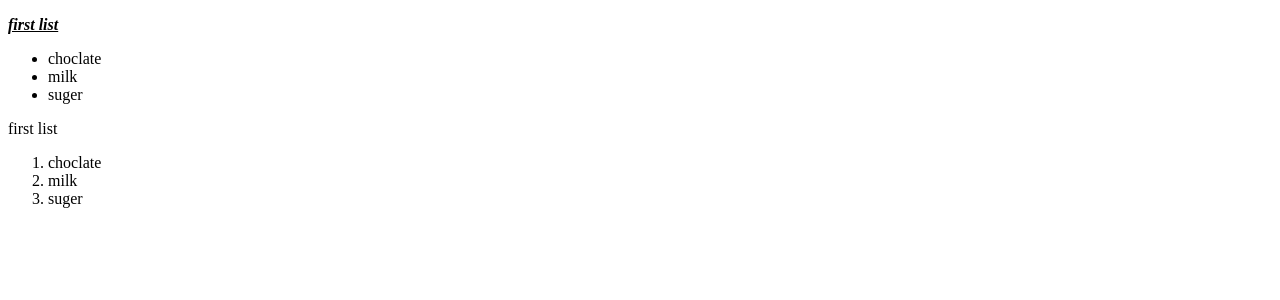
Repository: AlonHarpaz/FullStack_Bootcamp_May_2021
Page: html/week 1/2.2 - Lists/index.html
The author's editor kept a copy of each file at every save. The page is drawn from the files as they stood at one save, then again after the next save.
The browser window is 1280 px wide. The pictures show the whole page.

Above is the page before, as saved 2021-05-10 19:20:05.

### html/week 1/2.2 - Lists/index.html
<!DOCTYPE html>
<html lang="en">
<head>
 <meta charset="UTF-8">
 <meta http-equiv="X-UA-Compatible" content="IE=edge">
 <meta name="viewport" content="width=device-width, initial-scale=1.0">
 <title>Document</title>
</head>
<body>

 <p><u><b><i>first list</i></b></u></p>
<ul>
 <li>choclate</li>
 <li>milk</li>
 <li>suger</li>
</ul>

<p>first list</p>
<ol>
 <li>choclate</li>
 <li>milk</li>
 <li>suger</li>
</ol>

</body>
</html>

After the next save:
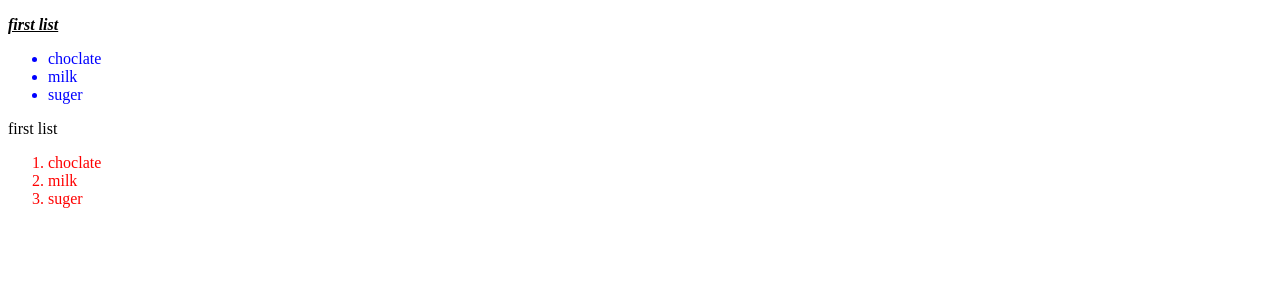
Saved 84 s later.
--- a/html/week 1/2.2 - Lists/index.html
+++ b/html/week 1/2.2 - Lists/index.html
@@ -9,14 +9,14 @@
 <body>
 
  <p><u><b><i>first list</i></b></u></p>
-<ul>
+<ul style="color: blue;">
  <li>choclate</li>
  <li>milk</li>
  <li>suger</li>
 </ul>
 
 <p>first list</p>
-<ol>
+<ol style="color: red;">
  <li>choclate</li>
  <li>milk</li>
  <li>suger</li>
